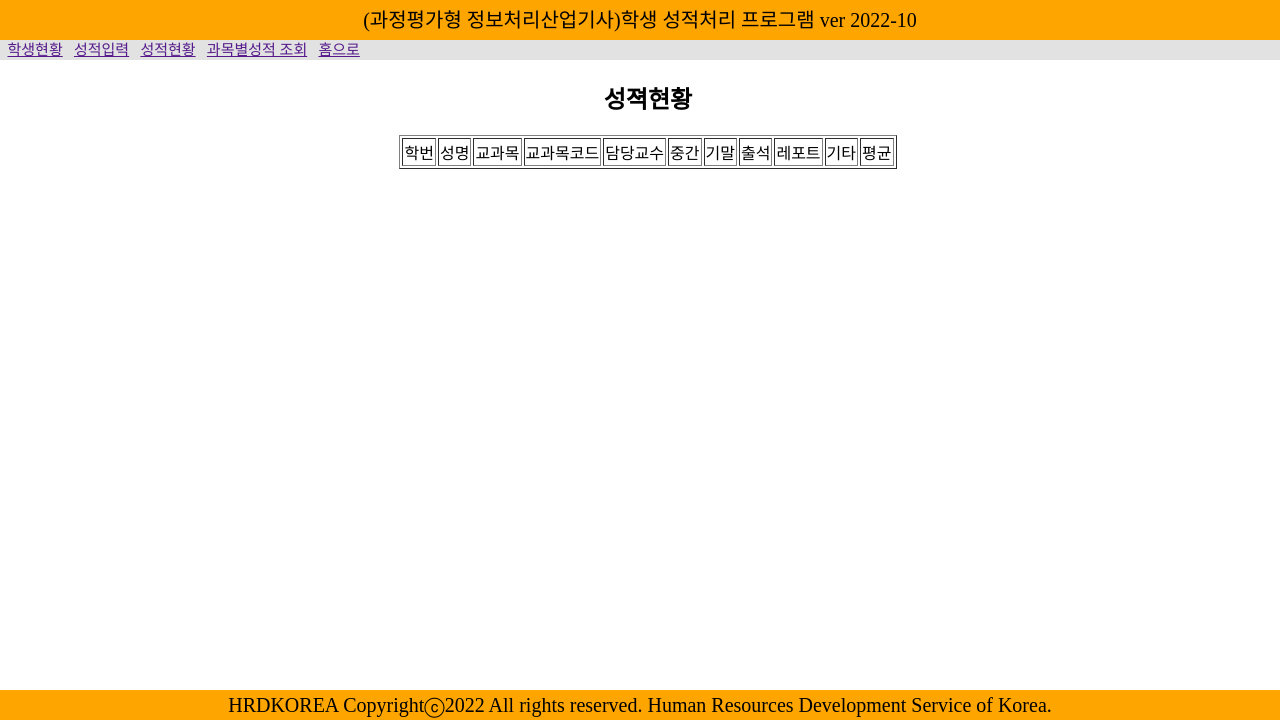
Repository: YeoJeongmo/hrdKorea
Page: http://localhost/HRD_01/score.jsp
These files come from the project's save history. The page is drawn as it stood at one moment and after the next save; the edit follows.
The browser window is 1280 px wide. The pictures show the whole page.
The page is served by Tomcat 9. Queries for data that is not in the repository find no rows.

Above is the page before, as saved 2024-09-02 12:43:34.

### cbq_02/workspace/HRD_01/src/main/webapp/score.jsp
<%@page import="java.sql.*"%>
<%@page import="DBPKG.Util"%>
<%@ page language="java" contentType="text/html; charset=UTF-8"
    pageEncoding="UTF-8"%>
<!DOCTYPE html>
<html>
<head>
<meta charset="UTF-8">
<title>Insert title here</title>
</head>
<body>
<jsp:include page="header.jsp"></jsp:include>

<section style="position: fixed; top: 60px; width: 100%;">
	<h2 style="text-align: center;">성젹현황</h2>
	<form name="frm" style="display: flex; width: 100%; justify-content: center; text-align: center">
		<table border="1">
			<tr>
				<td> 학번 </td>
				<td> 성명 </td>
				<td> 교과목 </td>
				<td> 교과목코드 </td>
				<td> 담당교수 </td>
				<td> 중간 </td>
				<td> 기말 </td>
				<td> 출석 </td>
				<td> 레포트 </td>
				<td> 기타 </td>
				<td> 평균 </td>
			</tr>
<%
request.setCharacterEncoding("UTF-8");

try {
	Connection conn = Util.getConnection();
	String sql = "select st.stuid, st.sname, su.subname, su.subcode, su.proname, sc.midscore, sc.finalscore, sc.attend, sc.report, sc.etc, suv(sc.midscore*0.3 + sc.finalscore*0.3 + sc.attend*0.2 + sc.report*0.1 + sc.etc*0.1) from tbl_student_202210 st, tbl_score_202210 sc, tbl_subject_202210 su where st.stuid=sc.sid and su.subcode=sc.subcode group by st.stuid, st.sname, su.subname, su.subcode, su.proname, sc.midscore, sc.finalscore, sc.attend, sc.report, sc.etc";
	PreparedStatement pstmt = conn.prepareStatement(sql);
	ResultSet rs = pstmt.executeQuery();
	while(rs.next()){
%>
			<tr>
				<td> <%=rs.getString(1) %> </td>
				<td> <%=rs.getString(2) %> </td>
				<td> <%=rs.getString(3) %> </td>
				<td> <%=rs.getString(4) %> </td>
				<td> <%=rs.getString(5) %> </td>
				<td> <%=rs.getString(6) %> </td>
				<td> <%=rs.getString(7) %> </td>
				<td> <%=rs.getString(8) %> </td>
				<td> <%=rs.getString(9) %> </td>
				<td> <%=rs.getString(10) %> </td>
				<td> <%=rs.getString(11) %> </td>
			</tr>
<%
	}

} catch (Exception e){
	e.printStackTrace();
}
%>
		</table>
	</form>
</section>
<jsp:include page="footer.jsp"></jsp:include>
</body>
</html>

### cbq_02/workspace/HRD_01/src/main/webapp/header.jsp
<%@ page language="java" contentType="text/html; charset=UTF-8"
    pageEncoding="UTF-8"%>
<!DOCTYPE html>
<html>
<head>
<meta charset="UTF-8">
<title>Insert title here</title>
</head>
<body>

<header style="position: fixed; top: 0; left: 0; width: 100%; line-height: 40px; height: 40px; font-size: 20px; background-color: orange; color: black; text-align: center;">(과정평가형 정보처리산업기사)학생 성적처리 프로그램 ver 2022-10</header>
<nav style="position: fixed; top: 40px; left: 0; width: 100%; line-height: 20px; height: 20px; font-size: 15px; background-color: #e2e2e2; color: black;">
&nbsp;&nbsp;<a href="">학생현황</a>
&nbsp;&nbsp;<a href="">성적입력</a>
&nbsp;&nbsp;<a href="">성적현황</a>
&nbsp;&nbsp;<a href="">과목별성적 조회</a>
&nbsp;&nbsp;<a href="">홈으로</a>
</nav>

</body>
</html>

### cbq_02/workspace/HRD_01/src/main/webapp/footer.jsp
<%@ page language="java" contentType="text/html; charset=UTF-8"
    pageEncoding="UTF-8"%>
<!DOCTYPE html>
<html>
<head>
<meta charset="UTF-8">
<title>Insert title here</title>
</head>
<body>

<footer style="position: fixed; bottom: 0; left: 0; width: 100%; line-height: 30px; height: 30px; font-size: 20px; background-color: orange; color: black; text-align: center;">HRDKOREA Copyrightⓒ2022 All rights reserved. Human Resources Development Service of Korea.</footer>
</body>
</html>

### cbq_02/workspace/HRD_01/src/main/java/DBPKG/Util.java
package DBPKG;
import java.sql.*;

public class Util {
	 public static Connection getConnection() throws Exception{
		 Class.forName("oracle.jdbc.OracleDriver");
		 Connection con = DriverManager.getConnection
		 ("jdbc:oracle:thin:@//localhost:1521/xe","system","1234");
		 return con;
		 }
}

After the next save:
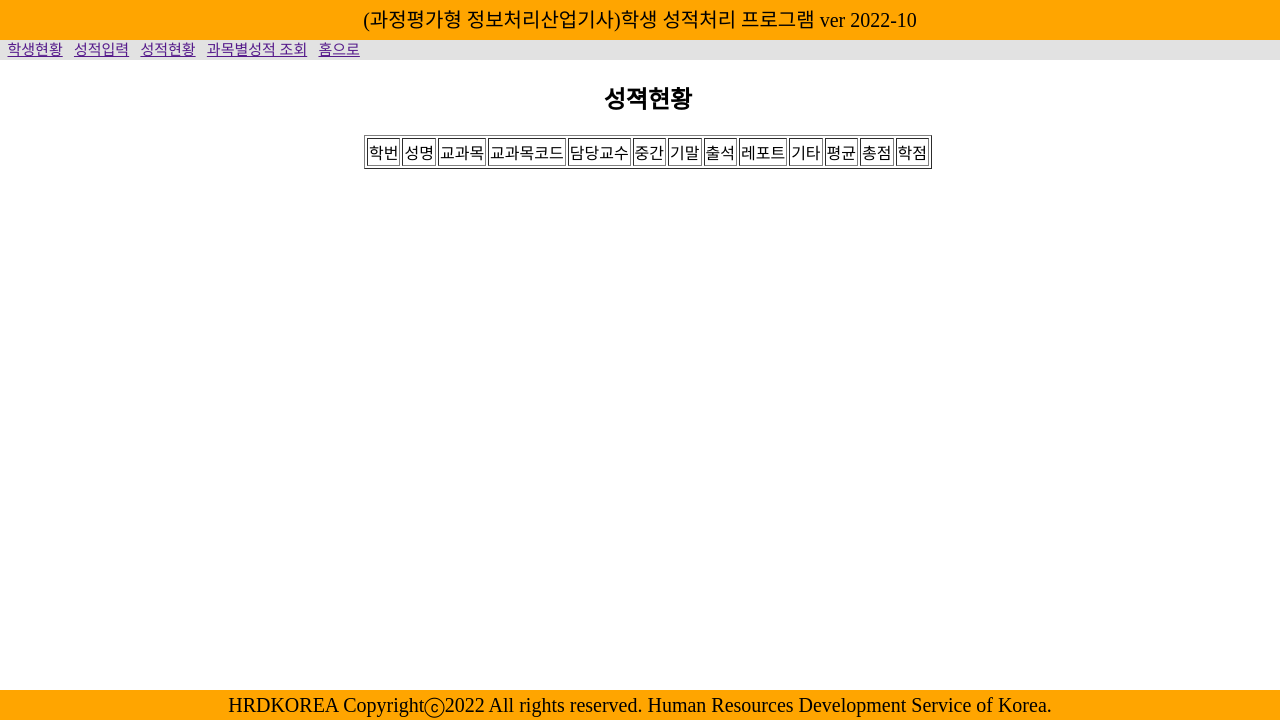
Saved 2 min 20 s later.
--- a/cbq_02/workspace/HRD_01/src/main/webapp/score.jsp
+++ b/cbq_02/workspace/HRD_01/src/main/webapp/score.jsp
@@ -27,13 +27,15 @@
 				<td> 레포트 </td>
 				<td> 기타 </td>
 				<td> 평균 </td>
+				<td> 총점 </td>
+				<td> 학점 </td>
 			</tr>
 <%
 request.setCharacterEncoding("UTF-8");
 
 try {
 	Connection conn = Util.getConnection();
-	String sql = "select st.stuid, st.sname, su.subname, su.subcode, su.proname, sc.midscore, sc.finalscore, sc.attend, sc.report, sc.etc, suv(sc.midscore*0.3 + sc.finalscore*0.3 + sc.attend*0.2 + sc.report*0.1 + sc.etc*0.1) from tbl_student_202210 st, tbl_score_202210 sc, tbl_subject_202210 su where st.stuid=sc.sid and su.subcode=sc.subcode group by st.stuid, st.sname, su.subname, su.subcode, su.proname, sc.midscore, sc.finalscore, sc.attend, sc.report, sc.etc";
+	String sql = "select st.stuid, st.sname, su.subname, su.subcode, su.proname, sc.midscore, sc.finalscore, sc.attend, sc.report, sc.etc, svg(sc.midscore + sc.finalscore + sc.attend + sc.report + sc.etc), sc.midscore*0.3+sc.finalscore*0.3+sc.attend*0.2+sc.report*0.1+sc.etc*0.1 from tbl_student_202210 st, tbl_score_202210 sc, tbl_subject_202210 su where st.stuid=sc.sid and su.subcode=sc.subcode group by st.stuid, st.sname, su.subname, su.subcode, su.proname, sc.midscore, sc.finalscore, sc.attend, sc.report, sc.etc";
 	PreparedStatement pstmt = conn.prepareStatement(sql);
 	ResultSet rs = pstmt.executeQuery();
 	while(rs.next()){
